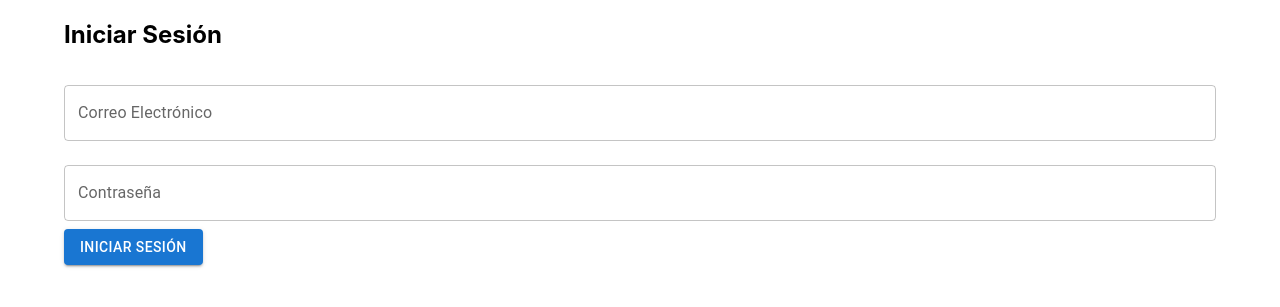
Repository: ferugarte/deliverapp
Page: /
The author's editor kept a copy of each file at every save. The page is drawn from the files as they stood at one save, then again after the next save.
The browser window is 1280 px wide. The pictures show the whole page.
The project was rebuilt for these pictures with package versions that can differ from the ones it lists, and the page was loaded fresh each time. Also part of the build but not shown: src/components/Auth/RegisterUser.js, src/components/Auth/RegisterCompany.js, src/components/Dashboard/AdminDashboard.js, src/components/Dashboard/DriverDashboard.js, src/components/Dashboard/CompanyDashboard.js, src/components/Order/OrderList.js, src/components/Order/OrderDetails.js, src/components/Order/NewOrder.js and 3 more.

Above is the page before, as saved 2023-12-25 13:33:57.

After the next save:
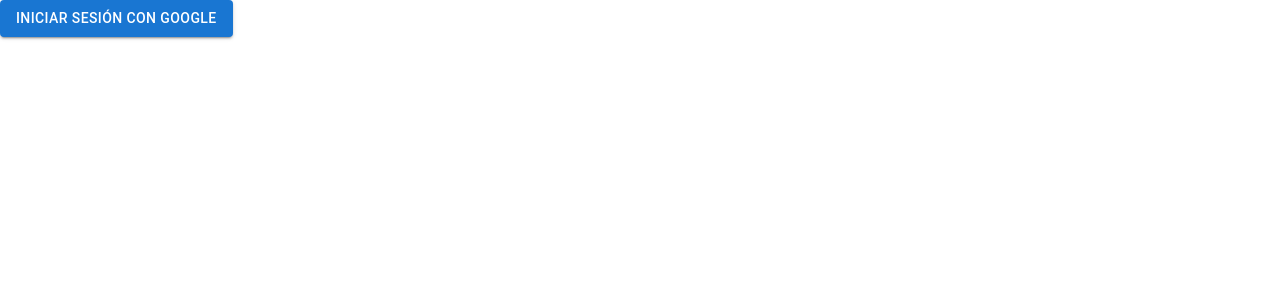
Saved 7 min 17 s later.
--- a/src/components/Auth/Login.js
+++ b/src/components/Auth/Login.js
@@ -1,55 +1,31 @@
 // src/components/Auth/Login.js
-import React, { useState } from 'react';
-import { TextField, Button, Container } from '@mui/material';
-import { auth } from '../../firebase/config'; // Asegúrate de que la ruta a Firebase sea correcta
+import React from 'react';
+import { getAuth, signInWithPopup, GoogleAuthProvider } from 'firebase/auth';
+import { Button } from '@mui/material';
 
 const Login = () => {
-  const [loginData, setLoginData] = useState({ email: '', password: '' });
-  const [error, setError] = useState('');
+  const auth = getAuth();
 
-  const handleChange = (e) => {
-    setLoginData({ ...loginData, [e.target.name]: e.target.value });
-  };
-
-  const handleSubmit = async (e) => {
-    e.preventDefault();
-    setError('');
-    try {
-      await auth.signInWithEmailAndPassword(loginData.email, loginData.password);
-      // Redirigir a la página de dashboard o donde necesites
-    } catch (err) {
-      setError(err.message);
-    }
+  const handleGoogleLogin = () => {
+    const provider = new GoogleAuthProvider();
+    signInWithPopup(auth, provider)
+      .then((result) => {
+        // El usuario ha iniciado sesión con Google
+        // Puedes obtener la información del usuario de result.user
+      })
+      .catch((error) => {
+        // Manejar errores aquí, como cuenta de email ya existente
+        console.error(error);
+      });
   };
 
   return (
-    <Container>
-      <h2>Iniciar Sesión</h2>
-      {error && <p style={{ color: 'red' }}>{error}</p>}
-      <form onSubmit={handleSubmit}>
-        <TextField
-          label="Correo Electrónico"
-          type="email"
-          name="email"
-          value={loginData.email}
-          onChange={handleChange}
-          fullWidth
-          margin="normal"
-        />
-        <TextField
-          label="Contraseña"
-          type="password"
-          name="password"
-          value={loginData.password}
-          onChange={handleChange}
-          fullWidth
-          margin="normal"
-        />
-        <Button type="submit" variant="contained" color="primary">
-          Iniciar Sesión
-        </Button>
-      </form>
-    </Container>
+    <div>
+      {/* Tus otros elementos de inicio de sesión aquí */}
+      <Button variant="contained" onClick={handleGoogleLogin}>
+        Iniciar Sesión con Google
+      </Button>
+    </div>
   );
 };
 
